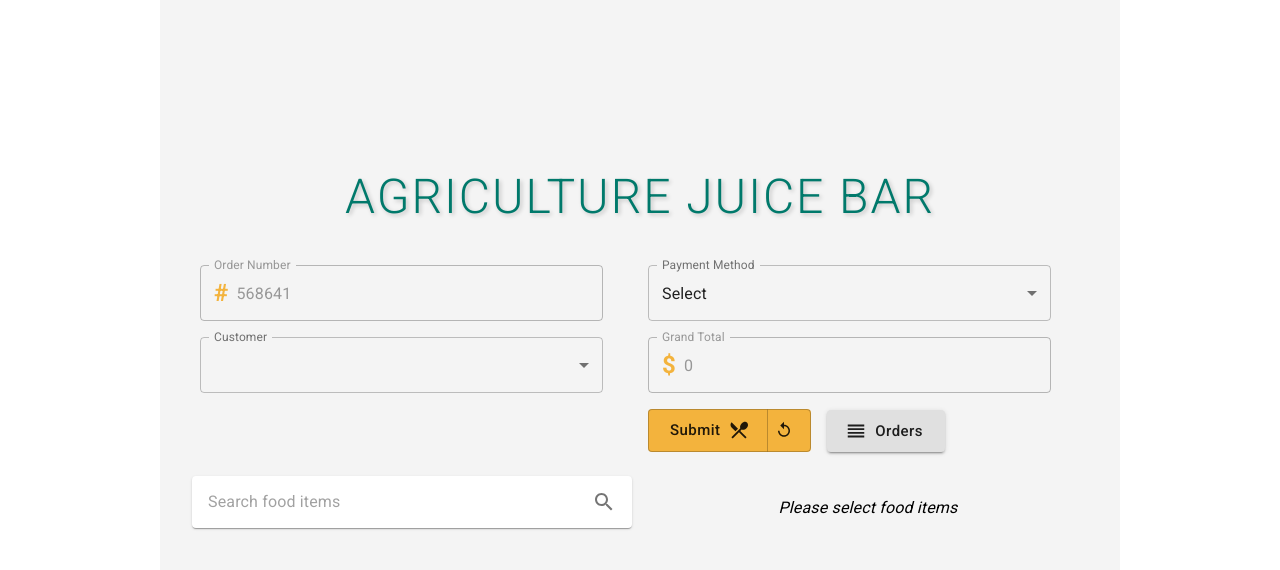
Repository: CydexCode/JuiceBarApplication
Page: / (app in restaurant-app/)
These files come from the project's save history. The page is drawn as it stood at one moment and after the next save; the edit follows.
The browser window is 1280 px wide. The pictures show the whole page.
The page's requests for data from a server got no answer. The project was rebuilt for these pictures with package versions that can differ from the ones it lists, and the page was loaded fresh each time. No one was signed in, and anything a server would have sent is missing. Also part of the build but not shown: restaurant-app/src/layouts/Table.js, restaurant-app/src/components/Order/OrderList.js.

Above is the page before, as saved 2024-02-06 07:58:28.

### restaurant-app/public/index.html
<!DOCTYPE html>
<html lang="en">
  <head>
    <meta charset="utf-8" />
    <link rel="icon" href="%PUBLIC_URL%/favicon.ico" />
    <meta name="viewport" content="width=device-width, initial-scale=1" />
    <meta name="theme-color" content="#000000" />
    <meta
      name="description"
      content="Web site created using create-react-app"
    />
    <link rel="apple-touch-icon" href="%PUBLIC_URL%/logo192.png" />
    <!--
      manifest.json provides metadata used when your web app is installed on a
      user's mobile device or desktop. See https://developers.google.com/web/fundamentals/web-app-manifest/
    -->
    <link rel="manifest" href="%PUBLIC_URL%/manifest.json" />
    <!--
      Notice the use of %PUBLIC_URL% in the tags above.
      It will be replaced with the URL of the `public` folder during the build.
      Only files inside the `public` folder can be referenced from the HTML.

      Unlike "/favicon.ico" or "favicon.ico", "%PUBLIC_URL%/favicon.ico" will
      work correctly both with client-side routing and a non-root public URL.
      Learn how to configure a non-root public URL by running `npm run build`.
    -->

    <link rel="preconnect" href="https://fonts.googleapis.com" />
<link rel="preconnect" href="https://fonts.gstatic.com" crossorigin />
<link
  rel="stylesheet"
  href="https://fonts.googleapis.com/css2?family=Roboto:wght@300;400;500;600;700&display=swap"
/>

<link
  rel="stylesheet"
  href="https://fonts.googleapis.com/icon?family=Material+Icons"
/>

    <title>React App</title>

  </head>
  <body>
    <noscript>You need to enable JavaScript to run this app.</noscript>
    <div id="root"></div>
    <!--
      This HTML file is a template.
      If you open it directly in the browser, you will see an empty page.

      You can add webfonts, meta tags, or analytics to this file.
      The build step will place the bundled scripts into the <body> tag.

      To begin the development, run `npm start` or `yarn start`.
      To create a production bundle, use `npm run build` or `yarn build`.
    -->
  </body>
</html>

### restaurant-app/src/index.css
body {
  margin: 0;
  font-family:'Roboto', -apple-system, BlinkMacSystemFont, 'Segoe UI', 'Oxygen',
    'Ubuntu', 'Cantarell', 'Fira Sans', 'Droid Sans', 'Helvetica Neue',
    sans-serif;
  -webkit-font-smoothing: antialiased;
  -moz-osx-font-smoothing: grayscale;
}

code {
  font-family: source-code-pro, Menlo, Monaco, Consolas, 'Courier New',
    monospace;
}

### restaurant-app/src/App.js
import React from 'react';
import { Container, Typography, makeStyles } from '@material-ui/core';
import Order from './components/Order';
import { fontWeight } from '@mui/system';

const useStyles = makeStyles((theme) => ({
  container: {
    backgroundColor: '#f4f4f4',
    padding: theme.spacing(4),
    display: 'flex',
    flexDirection: 'column',
    alignItems: 'center',
    justifyContent: 'center',
    minHeight: '100vh',
  },
  title: {
    marginBottom: theme.spacing(4),
    fontSize: '3rem',

    color: '#00796b', // Green color
    textAlign: 'center',
    textTransform: 'uppercase',
    letterSpacing: '2px',
    textShadow: '2px 2px 4px rgba(0, 0, 0, 0.2)',
  },
}));

function App() {
  const classes = useStyles();

  return (
    <Container className={classes.container} maxWidth="md">
      <Typography className={classes.title} gutterBottom variant="h2" align="center">
        Agriculture Juice Bar
      </Typography>
      <Order />
    </Container>
  );
}

export default App;

### restaurant-app/src/components/Order/index.js
import React from 'react'
import OrderForm from './OrderForm';
import { useForm } from '../../hooks/useForm';
import { ButtonGroup, Grid, InputAdornment, makeStyles, Button as MuiButton } from '@material-ui/core'
import SearchFoodItems from './SearchFoodItems';
import OrderedFoodItems from './OrderedFoodItems';


const generateOrderNumber = () => Math.floor(10000 + Math.random() * 900000).toString();

const getFreshModelObject = () =>({
  orderMasterId :0,
  orderNumber :generateOrderNumber(),
  customerId : 0,
  pMethod : 'none',
  gTotal : 0,
  deletedOrderItemIds:'',
  orderDetails : []
})

export default function Order() {

  const {
    values,
    setValues,
    errors,
    setErrors,
    handleInputChange,
    resetFormControls
  } = useForm(getFreshModelObject)




  return (


<Grid container spacing={2}>

<Grid item xs={12}>
<OrderForm {...{ setValues,values, errors, handleInputChange,setErrors,resetFormControls }} />
            </Grid>

            <Grid item xs={6}>
                <SearchFoodItems
                 {...{

                      values,
                      setValues
                }}
                />

            </Grid>
            <Grid item xs={6}>
                <OrderedFoodItems
                    {...{

                      values,
                      setValues
                      }}
                />
            </Grid>
        </Grid>


  )
}

### restaurant-app/src/hooks/useForm.js
import React, { useState } from 'react'

export function useForm(getFreshModelObject) {

    const [values, setValues] = useState(getFreshModelObject());
    const [errors, setErrors] = useState({});

    const handleInputChange = e => {
        const { name, value } = e.target
        setValues({
            ...values,
            [name]: value
        })
    }

    const resetFormControls = () => {
        setValues(getFreshModelObject());
        setErrors({})
    }

    return {
        values,
        setValues,
        errors,
        setErrors,
        handleInputChange,
        resetFormControls
    }
}

### restaurant-app/src/components/Order/SearchFoodItems.js
import React, { useState, useEffect } from 'react'
import { createAPIEndpoint, ENDPIONTS } from "../../api";
import { List, ListItem, ListItemText, Paper, InputBase, IconButton, makeStyles, ListItemSecondaryAction } from '@material-ui/core';
import SearchTwoToneIcon from '@mui/icons-material/SearchTwoTone';
import PlusOneIcon from '@mui/icons-material/PlusOne';
import ArrowForwardIosIcon from '@mui/icons-material/ArrowForwardIos';

const useStyles = makeStyles(theme => ({
    searchPaper: {
        padding: '2px 4px',
        display: 'flex',
        alignItems: 'center',
    },
    searchInput: {
        marginLeft: theme.spacing(1.5),
        flex: 1,
    },
    listRoot: {
        marginTop: theme.spacing(1),
        maxHeight: 450,
        overflow: 'auto',
        '& li:hover': {
            cursor: 'pointer',
            backgroundColor: '#E3E3E3'
        },
        '& li:hover .MuiButtonBase-root': {
            display: 'block',
            color: '#000',
        },
        '& .MuiButtonBase-root': {
            display: 'none'
        },
        '& .MuiButtonBase-root:hover': {
            backgroundColor: 'transparent'
        }
    }
}))

export default function SearchFoodItems(props) {


    const { values, setValues } = props;
    let orderedFoodItems = values.orderDetails;

    const [foodItems, setFoodItems] = useState([]);
    const [searchList, setSearchList] = useState([]);
    const [searchKey, setSearchKey] = useState('');
    const classes = useStyles();

    useEffect(() => {
        createAPIEndpoint(ENDPIONTS.FOODITEM).fetchAll()
            .then(res => {
                setFoodItems(res.data);
                setSearchList(res.data);
            })
            .catch(err => console.log(err))

    }, [])

    useEffect(() => {
        let x = [...foodItems];
        x = x.filter(y => {
            return y.foodItemName.toLowerCase().includes(searchKey.toLocaleLowerCase())
                && orderedFoodItems.every(item => item.foodItemId != y.foodItemId)
        });
        setSearchList(x);
    }, [searchKey, orderedFoodItems])

    const addFoodItem = foodItem => {
        let x = {
            orderMasterId: values.orderMasterId,
            orderDetailId: 0,
            foodItemId: foodItem.foodItemId,
            quantity: 1,
            foodItemPrice: foodItem.price,
            foodItemName: foodItem.foodItemName
        }
        setValues({
            ...values,
            orderDetails: [...values.orderDetails, x]
        })
    }




    return(

        <div>
        <Paper className = {classes.searchPaper}>
            <InputBase
            className={classes.searchInput}
            value={searchKey}
            onChange={e => setSearchKey(e.target.value)}
            placeholder="Search food items"/>
            <IconButton>
                < SearchTwoToneIcon ></SearchTwoToneIcon>
            </IconButton>
        </Paper>



        <List className={classes.listRoot}>
             {
             searchList.map((item, idx)=>(
                  <ListItem
                  key={idx}
                  onClick={e =>addFoodItem(item)}
                  >
                    <ListItemText
                      primary={item.foodItemName}
                      secondary = {'$'+item.price}/>
                       <ListItemSecondaryAction>
                                <IconButton onClick={e =>addFoodItem(item)}>
                                    <PlusOneIcon></PlusOneIcon>
                                    <ArrowForwardIosIcon/>
                                </IconButton>
                    </ListItemSecondaryAction>
                  </ListItem>

             ))
            }
        </List>

        </div>

    )

}

### restaurant-app/src/components/Order/OrderedFoodItems.js
import React from 'react'
import { List, ListItemText, Paper, ListItem, ListItemSecondaryAction, IconButton, ButtonGroup, Button, makeStyles } from '@material-ui/core';
// import DeleteTwoToneIcon from '@material-ui/icons/DeleteTwoTone';
import { roundTo2DecimalPoint } from "../../utils";
import DeleteTwoToneIcon from '@mui/icons-material/DeleteTwoTone';
import SearchFoodItems from './SearchFoodItems';
import Order from './index';



const useStyles = makeStyles(theme => ({
    paperRoot: {
        margin: '15px 0px',
        '&:hover': {
            cursor: 'pointer'
        },
        '&:hover $deleteButton': {
            display: 'block'
        }
    },
    buttonGroup: {
        backgroundColor: '#E3E3E3',
        borderRadius: 8,
        '& .MuiButtonBase-root ': {
            border: 'none',
            minWidth: '25px',
            padding: '1px'
        },
        '& button:nth-child(2)': {
            fontSize: '1.2em',
            color: '#000'
        }
    },
    deleteButton: {
        display: 'none',
        '& .MuiButtonBase-root': {
            color: '#E81719'
        },
    },
    totalPerItem: {
        fontWeight: 'bolder',
        fontSize: '1.2em',
        margin: '0px 10px'
    }
}))

export default function OrderedFoodItems(props) {

    const {values,setValues } = props;
    const classes = useStyles();

    let orderedFoodItems = values.orderDetails;

    const removeFoodItem = (index, id) => {
        debugger;
        let x = { ...values };
        x.orderDetails = x.orderDetails.filter((_, i) => i != index);
        if (id != 0)
            x.deletedOrderItemIds += id + ',';
        setValues({ ...x });
      }

    const updateQuantity = (idx, value) => {
        let x = { ...values };
        let foodItem = x.orderDetails[idx];
        if (foodItem.quantity + value > 0) {
            foodItem.quantity += value;
            setValues({ ...x });
        }
    }


  return (
   <List>
     {   orderedFoodItems.length == 0 ?
      <ListItem>
      <ListItemText
          primary="Please select food items"
          primaryTypographyProps={{
              style: {
                  textAlign: 'center',
                  fontStyle: 'italic'
              }
          }}
      />
  </ListItem>
    : orderedFoodItems.map((item,idx)=>(
        <paper key={idx} className={classes.paperRoot}>
            <ListItem>
                <ListItemText
                    primary={item.foodItemName}
                    primaryTypographyProps={{
                                    component: 'h1',
                                    style: {
                                        fontWeight: '500',
                                        fontSize: '1.2em'
                                    }
                                }}
                      secondary = {
                        <>
                        <ButtonGroup
                        className={classes.buttonGroup}
                        size="small">
                            <Button
                            onClick={e => updateQuantity(idx, -1)}
                            >-</Button>
                            <Button
                            disabled
                            >{item.quantity}</Button>
                            <Button
                             onClick={e => updateQuantity(idx, +1)}
                            >+</Button>
                        </ButtonGroup>
                        <span className={classes.totalPerItem}>
                        {'$' + roundTo2DecimalPoint(item.quantity * item.foodItemPrice)}
                        </span>
                        </>
                      }
                      secondaryTypographyProps={{
                        component: 'div'
                      }}

                />
                <ListItemSecondaryAction
                className={classes.deleteButton}
                >
                    <IconButton
                    disableRipple
                    onClick={ e => removeFoodItem(idx,item.orderDetailId)}
                    >
                        <DeleteTwoToneIcon/>

                    </IconButton>
                </ListItemSecondaryAction>
            </ListItem>

        </paper>
     ))

     }
   </List>
  )
}

### restaurant-app/src/layouts/Form.js
import React from 'react'

import { makeStyles } from "@material-ui/core";

const useStyles = makeStyles(theme => ({
    root: {
        '& .MuiFormControl-root': {
            width: '90%',
            margin: theme.spacing(1)
        }
    }
}))

export default function Form(props) {
    const classes = useStyles();
    const { children, ...other } = props;


    return (
        <form className={classes.root} noValidate autoComplete="off" {...other}>
            {children}
        </form>
    )
}

### restaurant-app/src/controls/index.js
export { default as Button } from './Button'
export { default as Input } from './Input'
export { default as Select } from './Select'

### restaurant-app/src/api/index.js
import axios from "axios";

const BASE_URL = 'http://localhost:53688/api/';

export const ENDPIONTS = {
    CUSTOMER: 'Customer',
    FOODITEM: 'FoodItem',
    ORDER: 'Order'
}

export const createAPIEndpoint = endpoint => {

    let url = BASE_URL + endpoint + '/';
    return {
        fetchAll: () => axios.get(url),
        fetchById: id => axios.get(url + id),
        create: newRecord => axios.post(url, newRecord),
        update: (id, updatedRecord) => axios.put(url + id, updatedRecord),
        delete: id => axios.delete(url + id)
    }
}

### restaurant-app/src/utils/index.js
export const roundTo2DecimalPoint = value => Math.round((value + Number.EPSILON) * 100) / 100;

### restaurant-app/src/layouts/Popup.js
import React from 'react'
import { Dialog, DialogTitle, DialogContent, makeStyles, Typography, IconButton } from '@material-ui/core';
import CloseIcon from '@mui/icons-material/Close';

const useStyles = makeStyles(theme => ({
    dialogWrapper: {
        padding: theme.spacing(2),
        position: 'absolute',
        top: theme.spacing(5)
    },
    dialogTitle: {
        paddingRight: '0px'
    }
}))

export default function Popup(props) {

    const { title, children, openPopup, setOpenPopup } = props;
    const classes = useStyles();

    return (
        <Dialog open={openPopup} maxWidth="md" classes={{ paper: classes.dialogWrapper }}>
            <DialogTitle className={classes.dialogTitle}>
                <div style={{ display: 'flex' }}>
                    <Typography variant="h6" component="div" style={{ flexGrow: 1 }}>
                        {title}
                    </Typography>
                    <IconButton
                        onClick={() => { setOpenPopup(false) }}>
                        <CloseIcon />
                    </IconButton>
                </div>
            </DialogTitle>
            <DialogContent dividers>
                {children}
            </DialogContent>
        </Dialog>
    )
}

### restaurant-app/src/layouts/Notification.js
import React from 'react'
import { Snackbar, makeStyles } from '@material-ui/core';
import { Alert } from '@material-ui/lab';

const useStyles = makeStyles(theme => ({
    root: {
        top: theme.spacing(9),
        '& .MuiAlert-root': {
            backgroundColor: '#f3b33d',
            color: '#000'
        },
        '& .MuiAlert-icon': {
            color: '#000'
        }
    }
}))

export default function Notification(props) {

    const { notify, setNotify } = props;
    const classes = useStyles()

    const handleClose = (event, reason) => {
        if (reason === 'clickaway') {
            return;
        }
        setNotify({
            ...notify,
            isOpen: false
        })
    }

    return (
        <Snackbar
            autoHideDuration={3000}
            className={classes.root}
            open={notify.isOpen}
            anchorOrigin={{ vertical: 'top', horizontal: 'right' }}
            onClose={handleClose}>
            <Alert
                onClose={handleClose}>
                {notify.message}
            </Alert>
        </Snackbar>
    )
}

### restaurant-app/src/controls/Button.js
import React from 'react'
import { Button as MuiButton, makeStyles } from "@material-ui/core";

const useStyles = makeStyles(theme => ({
    root: {
        margin: theme.spacing(1),
        '& .MuiButton-label': {
            textTransform: 'none'
        }
    }
}))

export default function Button(props) {

    const { children, color, variant, onClick, className, ...other } = props;
    const classes = useStyles();

    return (
        <MuiButton
            className={classes.root + ' ' + (className || '')}
            variant={variant || "contained"}
            color={color || "default"}
            onClick={onClick}
            {...other}>
            {children}
        </MuiButton>
    )
}

### restaurant-app/src/controls/Input.js
import React from 'react'
import { TextField } from '@material-ui/core';

export default function Input(props) {

    const { name, label, value, variant, onChange, error = null, ...other } = props;
    return (
        <TextField
            variant={variant || "outlined"}
            label={label}
            name={name}
            value={value}
            onChange={onChange}
            {...other}
            {...(error && { error: true, helperText: error })}
        />
    )
}

### restaurant-app/src/controls/Select.js
import React from 'react'
import { FormControl, InputLabel, Select as MuiSelect, MenuItem, FormHelperText } from '@material-ui/core';

export default function Select(props) {

    const { name, label, value, varient, onChange, options, error = null } = props;

    return (
        <FormControl
            variant={varient || "outlined"}
            {...(error && { error: true })}>
            <InputLabel>{label}</InputLabel>
            <MuiSelect
                label={label}
                name={name}
                value={value}
                onChange={onChange}>
                {
                    options.map(
                        item => (<MenuItem key={item.id} value={item.id}>{item.title}</MenuItem>)
                    )
                }
            </MuiSelect>
            {error && <FormHelperText>{error}</FormHelperText>}
        </FormControl>
    )
}

Loaded but not shown: restaurant-app/src/index.js (common file); restaurant-app/src/reportWebVitals.js (common file); restaurant-app/src/components/Order/OrderForm.js (213 lines, source omitted)

After the next save:
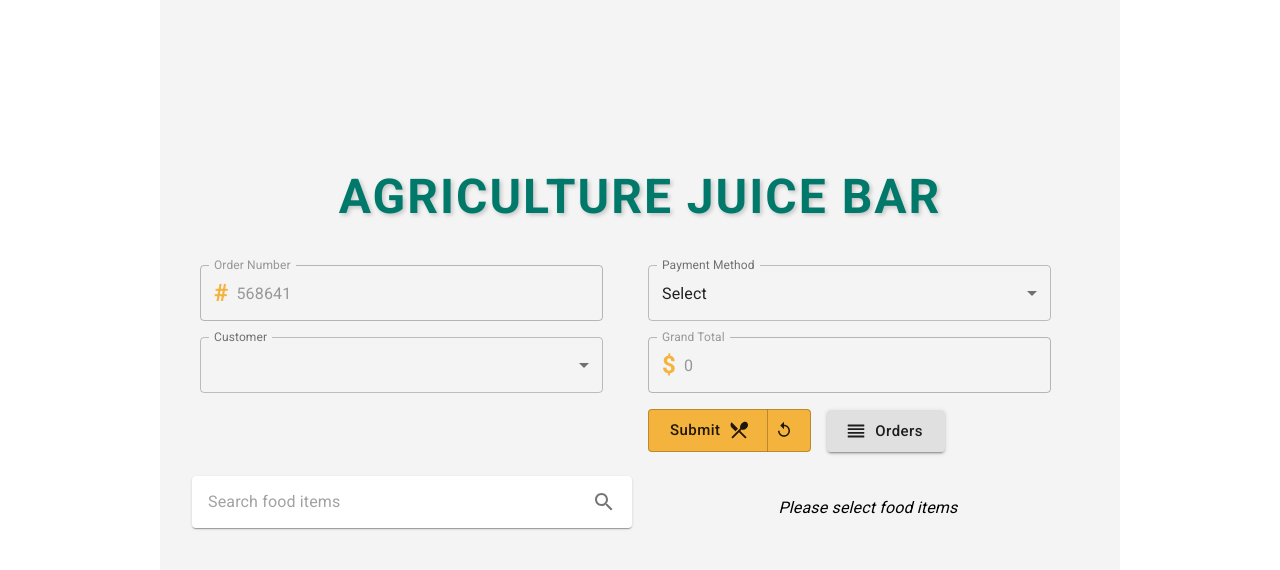
Saved 113 s later.
--- a/restaurant-app/src/App.js
+++ b/restaurant-app/src/App.js
@@ -22,6 +22,7 @@ const useStyles = makeStyles((theme) => ({
     textTransform: 'uppercase',
     letterSpacing: '2px',
     textShadow: '2px 2px 4px rgba(0, 0, 0, 0.2)',
+    fontWeight: 700,
   },
 }));
 
